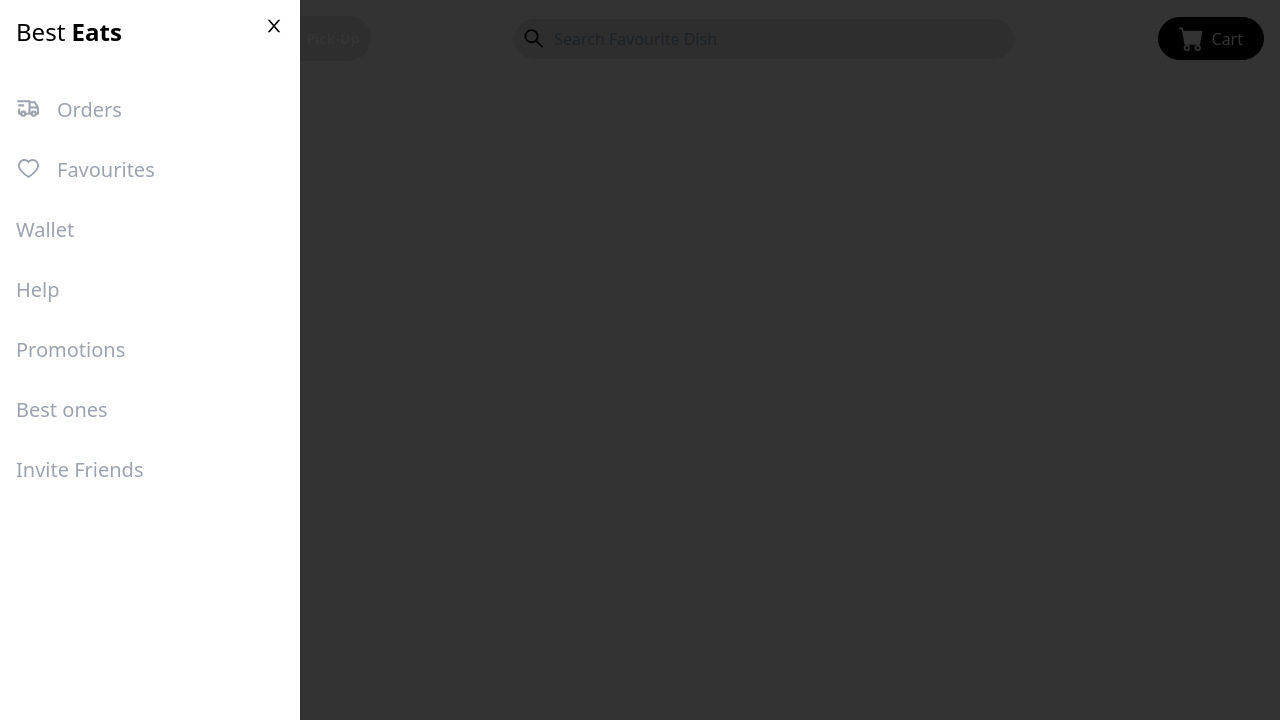
Repository: remydev47/best-eats
Page: /
The author's editor kept a copy of each file at every save. The page is drawn from the files as they stood at one save, then again after a run of saves.
The browser window is 1280 px wide. The pictures show the whole page.
The project was rebuilt for these pictures with package versions that can differ from the ones it lists, and the page was loaded fresh each time. Also part of the build but not shown: src/App.css.

Above is the page before, as saved 2022-08-01 21:11:39.

After the next 4 saves:
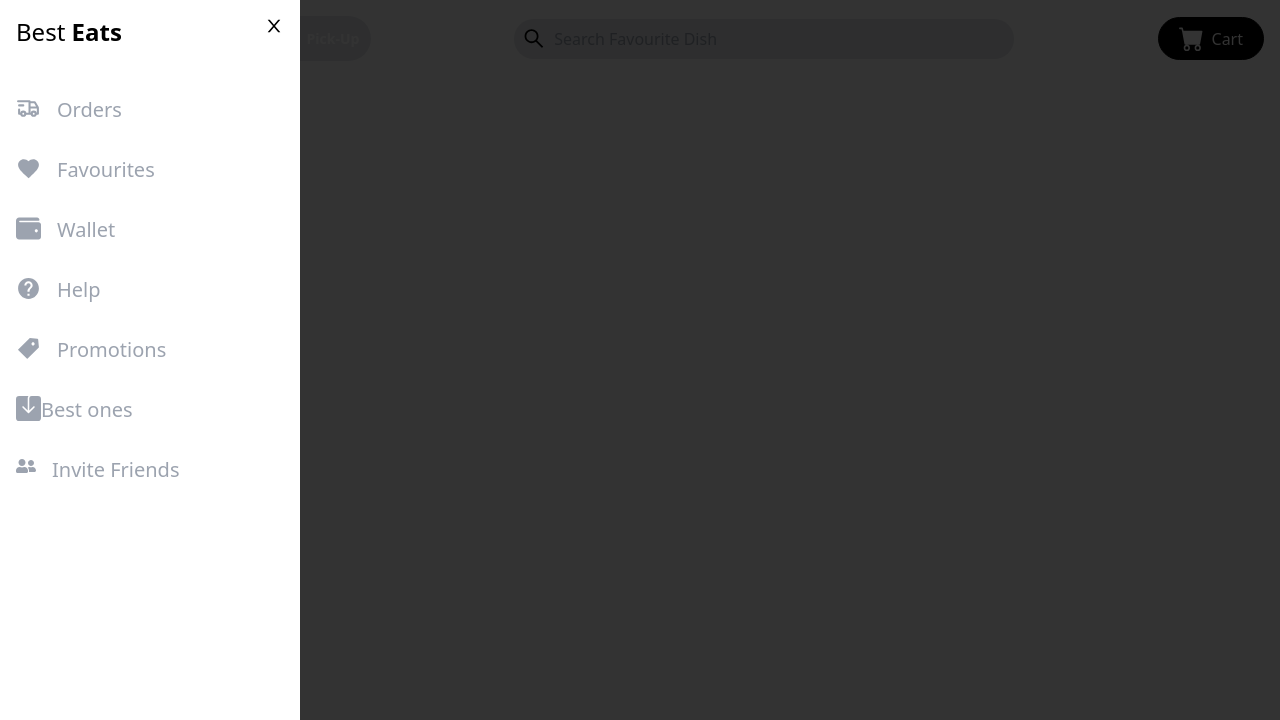
The 4 saves are shown as one change because 3 did not build or start.
The last was saved 10 min 4 s later.
--- a/src/components/Navbar.js
+++ b/src/components/Navbar.js
@@ -1,7 +1,9 @@
 import React from 'react'
-import { AiOutlineClose, AiOutlineHeart, AiOutlineMenu, AiOutlineSearch } from 'react-icons/ai'
-import { BsFillCartFill } from 'react-icons/bs'
+import { AiFillTag, AiOutlineClose, AiOutlineHeart, AiOutlineMenu, AiOutlineSearch } from 'react-icons/ai'
+import { BsFillCartFill, BsSaveFill } from 'react-icons/bs'
 import { TbTruckDelivery } from 'react-icons/tb'
+import { FaUserFriends, FaWallet } from 'react-icons/fa';
+import { MdFavorite, MdHelp } from 'react-icons/md'
 
 const Navbar = () => {
   return (
@@ -45,22 +47,27 @@
               Orders
             </l1>
             <l1 className={styles.eat}>
-              <AiOutlineHeart size={25} className='mr-4'/>
+              <MdFavorite size={25} className='mr-4'/>
               Favourites
             </l1>
             <l1 className={styles.eat}>
+              <FaWallet size={25} className="mr-4" />
               Wallet
             </l1>
             <l1 className={styles.eat}>
+              <MdHelp size={25} className='mr-4' />
               Help
             </l1>
             <l1 className={styles.eat}>
+              <AiFillTag size={25} className='mr-4' />
               Promotions
             </l1>
             <l1 className={styles.eat}>
+              <BsSaveFill size={25} />
               Best ones
             </l1>
             <l1 className={styles.eat}>
+              <FaUserFriends siz={25} className='mr-4' />
               Invite Friends
             </l1>
           </ul>
